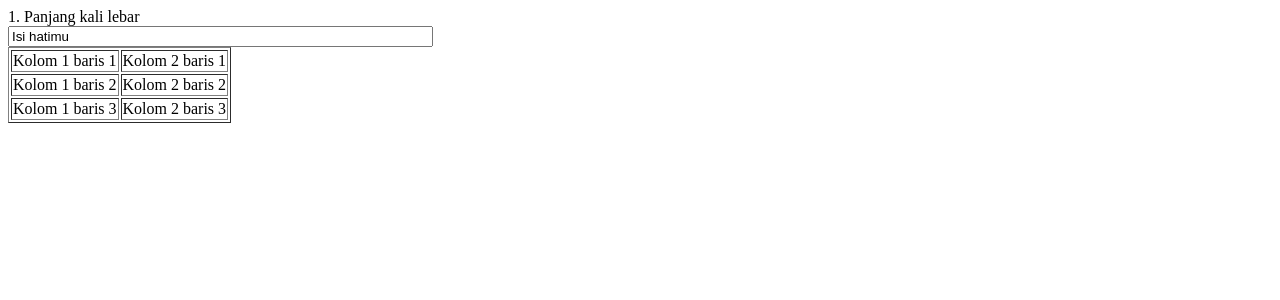
Repository: Fadli55/Pertemuan-4
Page: challenge_24116230.html
The author's editor kept a copy of each file at every save. The page is drawn from the files as they stood at one save, then again after the next save.
The browser window is 1280 px wide. The pictures show the whole page.

Above is the page before, as saved 2026-04-16 01:32:29.

After the next save:
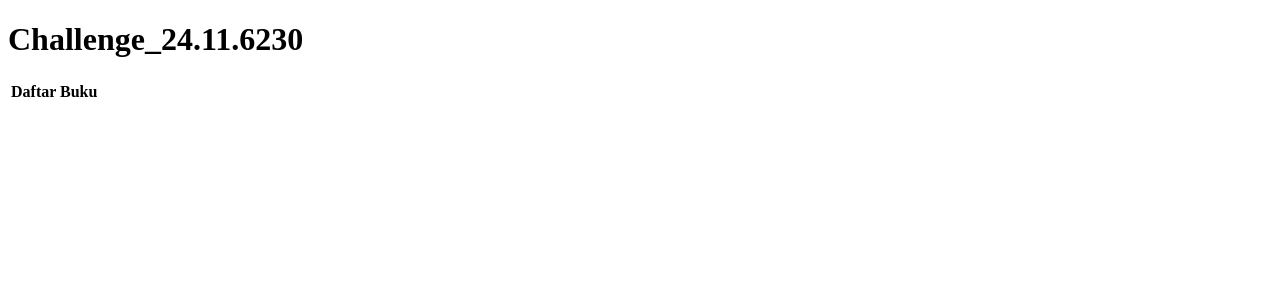
Saved 11 min 31 s later.
--- a/challenge_24116230.html
+++ b/challenge_24116230.html
@@ -3,25 +3,13 @@
 <head>
     <meta charset="UTF-8">
     <meta name="viewport" content="width=device-width, initial-scale=1.0">
-    <title>Document</title>
+    <title>Challenge_24.11.6230</title>
 </head>
 <body>
-    <table border="1">
-        <tr>
-            <td>Kolom 1 baris 1</td>
-            <td>Kolom 2 baris 1</td>
-        </tr>
-        <tr>
-            <td>Kolom 1 baris 2</td>
-            <td>Kolom 2 baris 2</td>
-        </tr>
-        <tr>
-            <td>Kolom 1 baris 3</td>
-            <td>Kolom 2 baris 3</td>
-        </tr>
+    <h1>Challenge_24.11.6230</h1>
+    <table>
+        <th colspan="3">Daftar Buku</th>
 
-        1. Panjang kali lebar <br>
-        <input type="text" value="Isi hatimu" size="50"> <br>
     </table>
 </body>
 </html>
